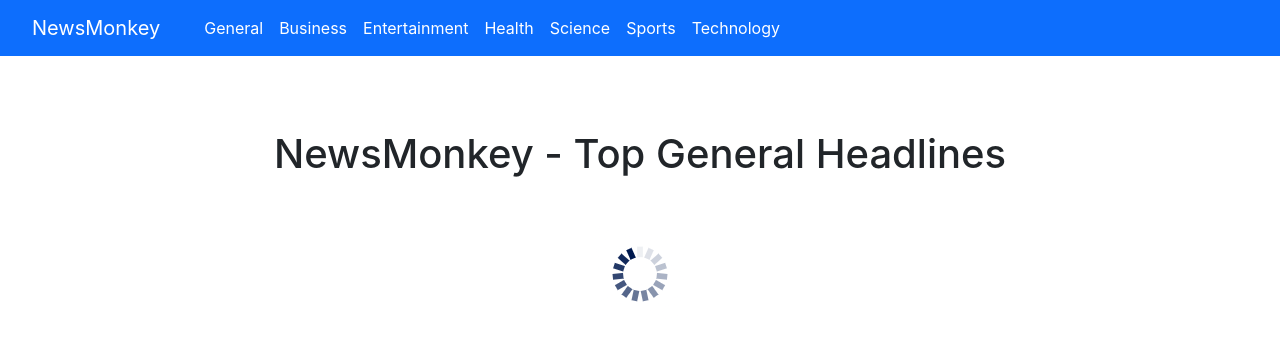
Repository: scelly01/NewsMonkey
Page: /
An editor plug-in stored every save of this project. The page is shown before and after the next save, followed by the edit.
The browser window is 1280 px wide. The pictures show the whole page.
The page's requests for data from a server got no answer. The project was rebuilt for these pictures with package versions that can differ from the ones it lists, and the page was loaded fresh each time. A package was used in the major version that the imports need, not the one package.json lists. No one was signed in, and anything a server would have sent is missing. Also part of the build but not shown: src/App.css, src/components/NewsItem.js.

Above is the page before, as saved 2022-04-30 18:16:11.

After the next save:
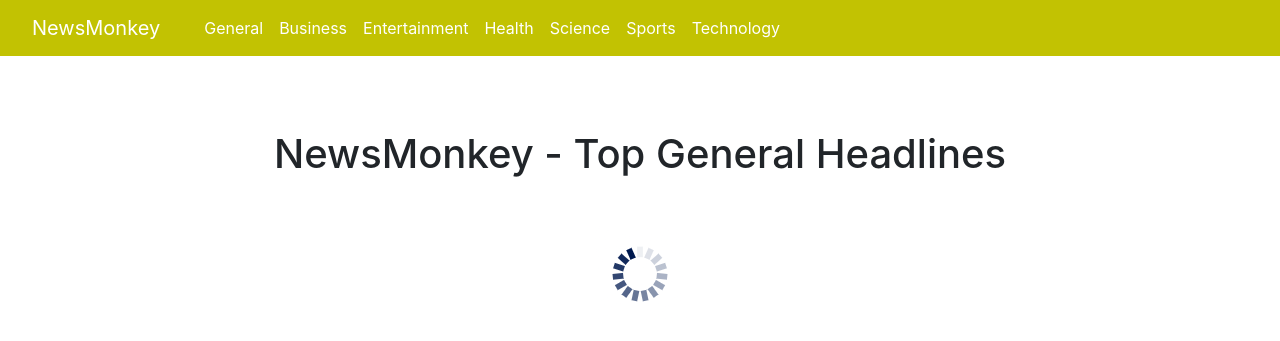
Saved 8 s later.
--- a/src/components/NavBar.js
+++ b/src/components/NavBar.js
@@ -7,7 +7,7 @@
 
     return (
       <div>
-          <nav className="navbar navbar-expand-lg navbar-dark bg-primary fixed-top yellow">
+          <nav className="navbar navbar-expand-lg navbar-dark  fixed-top yellow">
   <div className="container-fluid">
     <Link className="navbar-brand" to="/" style={{padding:'0 20px'}}>NewsMonkey</Link>
     <button className="navbar-toggler" type="button" data-bs-toggle="collapse" data-bs-target="#navbarSupportedContent" aria-controls="navbarSupportedContent" aria-expanded="false" aria-label="Toggle navigation">
